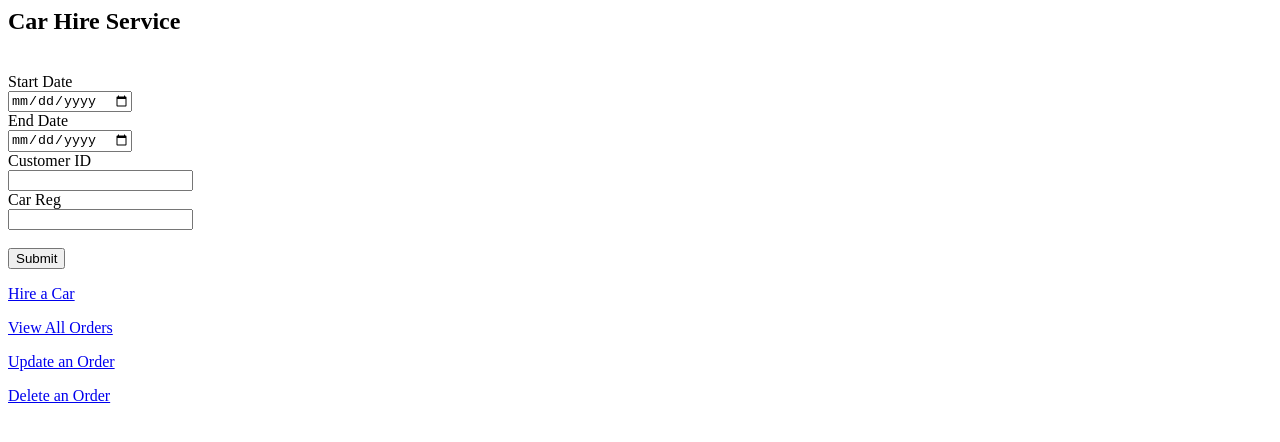
Repository: BrianD147/4th-Year-Project-Distributed-Systems
Page: http://localhost/REST/newOrder.jsp
An editor plug-in stored every save of this project. The page is shown before and after the next save, followed by the edit.
The browser window is 1280 px wide. The pictures show the whole page.
The page is served by Tomcat 9.

Above is the page before, as saved 2018-12-09 13:30:52.

After the next save:
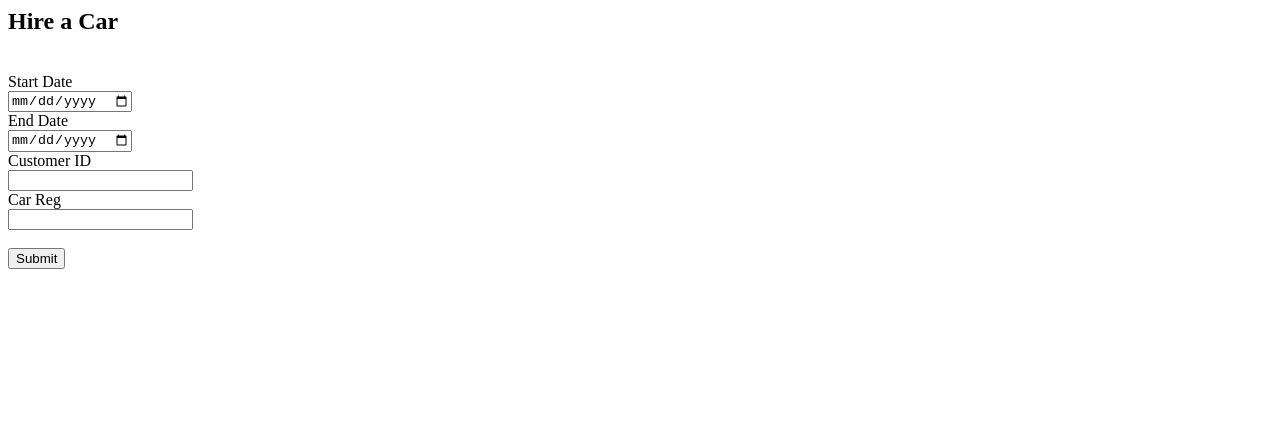
Saved 4 min 4 s later.
--- a/REST/src/main/webapp/newOrder.jsp
+++ b/REST/src/main/webapp/newOrder.jsp
@@ -1,6 +1,6 @@
 <html>
 <body>
-    <h2>Car Hire Service</h2>
+    <h2>Hire a Car</h2>
     <form action="NewOrder" method="post">
     	<br/> Start Date <br/>
     	<input type="date" name="startDate">
@@ -13,10 +13,5 @@
 	    <br/><br/>
 	    <input type="submit" value="Submit">
     </form>
-
-    <p><a href="webapi/myresource/write">Hire a Car</a>
-    <p><a href="webapi/myresource/read">View All Orders</a>
-    <p><a href="webapi/myresource/update">Update an Order</a>
-    <p><a href="webapi/myresource/delete">Delete an Order</a>
 </body>
 </html>
